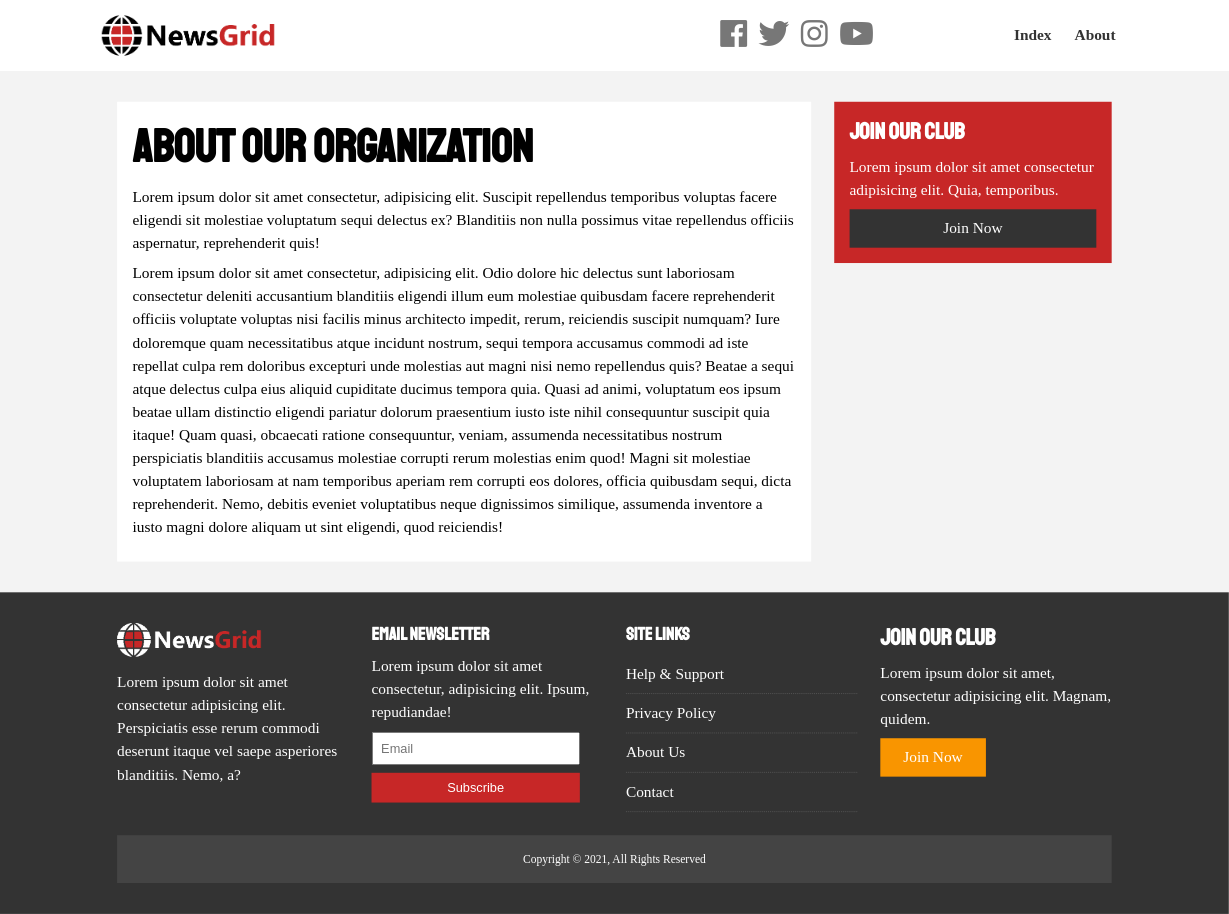
Repository: minhtien9/newsgrid
Page: article.html
An editor plug-in stored every save of this project. The page is shown before and after the next save, followed by the edit.
The browser window is 1280 px wide. The pictures show the whole page, at 96% of full size.
Some web libraries are served in a nearby version.

Above is the page before, as saved 2021-08-26 12:04:27.

### article.html
<!DOCTYPE html>
<html lang="en">
  <head>
    <meta charset="UTF-8" />
    <meta name="viewport" content="width=device-width, initial-scale=1.0" />
    <meta http-equiv="X-UA-Compatible" content="ie=edge" />
    <link
      rel="stylesheet"
      href="https://use.fontawesome.com/releases/v5.6.3/css/all.css"
      integrity="sha384-UHRtZLI+pbxtHCWp1t77Bi1L4ZtiqrqD80Kn4Z8NTSRyMA2Fd33n5dQ8lWUE00s/"
      crossorigin="anonymous"
    />
    <link
      href="https://fonts.googleapis.com/css2?family=Lato&family=Staatliches&display=swap"
      rel="stylesheet"
    />
    <link rel="stylesheet" href="css/style.css" />
    <link
      rel="stylesheet"
      media="screen and (max-width: 768px)"
      href="css/mobile.css"
    />
    <link rel="shortcut icon" type="image/x-icon" href="favicon.ico" />
    <title>NewsGrid | Latest News</title>
  </head>

  <body>
    <nav id="main-nav">
      <div class="container">
        <img src="img/logo.png" alt="NewsGrid" class="logo" />
        <div class="social">
          <a href="http://facebook.com" target="_blank"
            ><i class="fab fa-facebook fa-2x"></i
          ></a>
          <a href="http://twitter.com" target="_blank"
            ><i class="fab fa-twitter fa-2x"></i
          ></a>
          <a href="http://instagram.com" target="_blank"
            ><i class="fab fa-instagram fa-2x"></i
          ></a>
          <a href="http://youtube.com" target="_blank"
            ><i class="fab fa-youtube fa-2x"></i
          ></a>
        </div>
        <ul>
          <li><a href="index.html">Index</a></li>
          <li><a href="about.html">About</a></li>
        </ul>
      </div>
    </nav>

    <section id="article">
      <div class="container">
        <div class="page-container">
          <article class="card">
            <h1 class="l-heading">About Our Organization</h1>
            <p>
              Lorem ipsum dolor sit amet consectetur, adipisicing elit. Suscipit
              repellendus temporibus voluptas facere eligendi sit molestiae
              voluptatum sequi delectus ex? Blanditiis non nulla possimus vitae
              repellendus officiis aspernatur, reprehenderit quis!
            </p>
            <p>
              Lorem ipsum dolor sit amet consectetur, adipisicing elit. Odio
              dolore hic delectus sunt laboriosam consectetur deleniti
              accusantium blanditiis eligendi illum eum molestiae quibusdam
              facere reprehenderit officiis voluptate voluptas nisi facilis
              minus architecto impedit, rerum, reiciendis suscipit numquam? Iure
              doloremque quam necessitatibus atque incidunt nostrum, sequi
              tempora accusamus commodi ad iste repellat culpa rem doloribus
              excepturi unde molestias aut magni nisi nemo repellendus quis?
              Beatae a sequi atque delectus culpa eius aliquid cupiditate
              ducimus tempora quia. Quasi ad animi, voluptatum eos ipsum beatae
              ullam distinctio eligendi pariatur dolorum praesentium iusto iste
              nihil consequuntur suscipit quia itaque! Quam quasi, obcaecati
              ratione consequuntur, veniam, assumenda necessitatibus nostrum
              perspiciatis blanditiis accusamus molestiae corrupti rerum
              molestias enim quod! Magni sit molestiae voluptatem laboriosam at
              nam temporibus aperiam rem corrupti eos dolores, officia quibusdam
              sequi, dicta reprehenderit. Nemo, debitis eveniet voluptatibus
              neque dignissimos similique, assumenda inventore a iusto magni
              dolore aliquam ut sint eligendi, quod reiciendis!
            </p>
          </article>
          <aside class="card bg-primary">
            <h2>Join Our Club</h2>
            <p>
              Lorem ipsum dolor sit amet consectetur adipisicing elit. Quia,
              temporibus.
            </p>
            <a href="#" class="btn btn-dark btn-block">Join Now</a>
          </aside>
        </div>
      </div>
    </section>
    <!-- Footer -->
    <footer id="main-footer" class="py-2">
      <div class="container footer-container">
        <div>
          <img src="img/logo_light.png" alt="NewsGrid" />
          <p>
            Lorem ipsum dolor sit amet consectetur adipisicing elit.
            Perspiciatis esse rerum commodi deserunt itaque vel saepe asperiores
            blanditiis. Nemo, a?
          </p>
        </div>
        <div>
          <h3>Email NewsLetter</h3>
          <p>
            Lorem ipsum dolor sit amet consectetur, adipisicing elit. Ipsum,
            repudiandae!
          </p>
          <form>
            <input type="email" placeholder="Email" />
            <input type="submit" value="Subscribe" class="btn btn-primary" />
          </form>
        </div>
        <div>
          <h3>Site Links</h3>
          <ul class="list">
            <li><a href="#">Help & Support</a></li>
            <li><a href="#">Privacy Policy</a></li>
            <li><a href="#">About Us</a></li>
            <li><a href="#">Contact</a></li>
          </ul>
        </div>
        <div>
          <h2>Join Our Club</h2>
          <p>
            Lorem ipsum dolor sit amet, consectetur adipisicing elit. Magnam,
            quidem.
          </p>
          <a href="#" class="btn btn-secondary">Join Now</a>
        </div>
        <div>
          <p>Copyright &copy; 2021, All Rights Reserved</p>
        </div>
      </div>
    </footer>
  </body>
</html>

### css/style.css
:root {
  --primary-color: #c72727;
  --secondary-color: #f99500;
  --light-color: #f3f3f3;
  --dark-color: #333;
  --max-width: 1100px;
}

.category {
  --sports-color: #f99500;
  --ent-color: #a66bbe;
  --tech-color: #009cff;
}

* {
  margin: 0;
  padding: 0;
  box-sizing: border-box;
}

body {
  font-family: 'Lato' sans-serif;
  line-height: 1.5;
  background: var(--light-color);
}

a {
  color: #333;
  text-decoration: none;
}

ul {
  list-style: none;
}
p {
  margin: 0.5rem 0;
}

img {
  width: 100%;
}

h1,
h2,
h3,
h4,
h5,
h6 {
  font-family: 'Staatliches', cursive;
  margin-bottom: 0.55rem;
  line-height: 1.3;
}

/* Utility */

.container {
  max-width: var(--max-width);
  margin: auto;
  padding: 0 2rem;
  overflow: hidden;
}

.category {
  display: inline-block;
  color: #fff;
  font-size: 0.55rem;
  text-transform: uppercase;
  padding: 0.4rem 0.6rem;
  border-radius: 15px;
  margin-bottom: 0.5rem;
}

.category-sports {
  background: var(--sports-color);
}

.category-ent {
  background: var(--ent-color);
}

.category-tech {
  background: var(--tech-color);
}

.btn {
  display: inline-block;
  border: none;
  background: var(--dark-color);
  color: #fff;
  padding: 0.5rem 1.5rem;
}

.btn-light {
  background: var(--light-color);
}

.btn-primary {
  background: var(--primary-color);
}

.btn-secondary {
  background: var(--secondary-color);
}

.btn-block {
  display: block;
  width: 100%;
  text-align: center;
}

.btn:hover {
  opacity: 0.9;
}

.card {
  background: #fff;
  padding: 1rem;
}

.bg-dark {
  background: var(--dark-color);
  color: #fff;
}

.bg-primary {
  background: var(--primary-color);
  color: #fff;
}

.bg-secondary {
  background: var(--secondary-color);
  color: #fff;
}

.bg-dark h1,
.bg-dark h2,
.bg-dark h3,
.bg-dark a,
.bg-primary h1,
.bg-primary h2,
.bg-primary h3,
.bg-primary a,
.bg-secondary h1,
.bg-secondary h2,
.bg-secondary h3,
.bg-secondary a {
  color: #fff;
}

.py-1 {
  padding: 1.5rem 0;
}

.py-2 {
  padding: 2rem 0;
}

.py-3 {
  padding: 3rem 0;
}

.p-1 {
  padding: 1.5rem;
}

.p-2 {
  padding: 2rem;
}

.p-3 {
  padding: 3rem;
}

.l-heading{
  font-size: 3rem;
}
.list li {
  padding: 0.5rem 0;
  border-bottom: 1px dotted #555;
}
.list li a:hover {
  color: var(--primary-color) !important;
}

/* Inner page grid container */

.page-container {
  display: grid;
  grid-template-columns: 5fr 2fr;
  margin: 2rem 0;
  grid-gap: 1.5rem;
}

.page-container > *:first-child {
  grid-row: 1 / span 3;
}
/* Navigation */

#main-nav {
  background: #fff;
  position: sticky;
  top: 0;
  z-index: 2;
}

#main-nav .container {
  display: grid;
  grid-template-columns: 6fr 3fr 2fr;
  padding: 1rem;
  align-items: center;
}

#main-nav .logo {
  width: 180px;
}

#main-nav ul {
  justify-self: end;
  display: flex;
}

#main-nav ul li a {
  padding: 0.75rem;
  font-weight: bold;
}

#main-nav ul li a.current {
  background: var(--primary-color);
  color: #fff;
}

#main-nav ul li a:hover {
  background: var(--light-color);
  color: var(--dark-color);
}

#main-nav .social {
  justify-self: center;
}

#main-nav .social i {
  color: #777;
  margin-right: 0.5rem;
}

/* Showcase */

#showcase {
  color: #fff;
  background: #333;
  padding: 2rem;
  position: relative;
}

#showcase:before {
  content: '';
  background: url('../img/featured.jpg') no-repeat center center/cover;
  position: absolute;
  top: 0;
  left: 0;
  width: 100%;
  height: 100%;
  opacity: 0.4;
}

#showcase .showcase-container {
  display: grid;
  grid-template-columns: repeat(2, 1fr);
  justify-content: center;
  align-items: center;
  height: 80vh;
}

#showcase .showcase-content {
  z-index: 1;
}

#showcase .showcase-content p {
  margin-bottom: 1rem;
}

/* Home Articles */

#home-articles .articles-container {
  display: grid;
  grid-template-columns: repeat(3, 1fr);
  grid-gap: 1rem;
}

#home-articles .articles-container > *:first-child,
#home-articles .articles-container > *:last-child {
  display: grid;
  grid-template-columns: repeat(2, 1fr);
  grid-gap: 1rem;
  grid-column: 1 / span 2;
  align-items: center;
}

#home-articles .articles-container > *:last-child {
  grid-column: 2 / span 2;
}

/* Footer */

#main-footer {
  background: var(--dark-color);
  color: #fff;
}

#main-footer img {
  width: 150px;
}
#main-footer a {
  color: #fff;
}
#main-footer .footer-container {
  display: grid;
  grid-template-columns: repeat(4, 1fr);
  grid-gap: 1.5rem;
}
#main-footer .footer-container > *:last-child {
  background: #444;
  grid-column: 1 / span 4;
  padding: 0.5rem;
  text-align: center;
  font-size: 0.75rem;
}
#main-footer .footer-container input[type='email'] {
  width: 90%;
  padding: 0.5rem;
  margin-bottom: 0.5rem;
}
#main-footer .footer-container input[type='submit'] {
  width: 90%;
}

Loaded but not shown: css/mobile.css (no stored copy; drawn as an empty file)

After the next save:
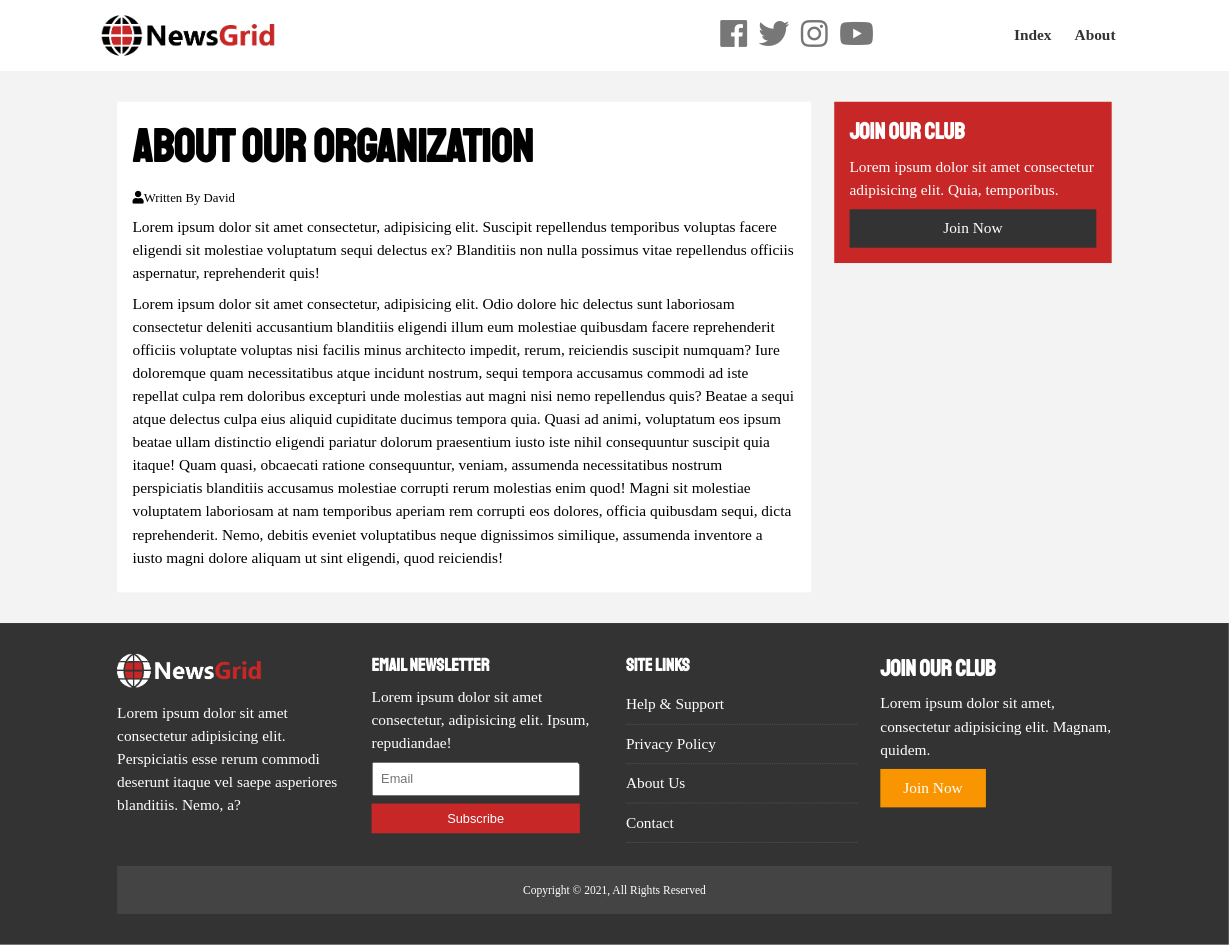
Saved 4 min 56 s later.
--- a/article.html
+++ b/article.html
@@ -54,6 +54,11 @@
         <div class="page-container">
           <article class="card">
             <h1 class="l-heading">About Our Organization</h1>
+            <div class="meata">
+             <small>
+              <i class="fas fa-user"></i>Written By David
+             </small>
+            </div>
             <p>
               Lorem ipsum dolor sit amet consectetur, adipisicing elit. Suscipit
               repellendus temporibus voluptas facere eligendi sit molestiae
